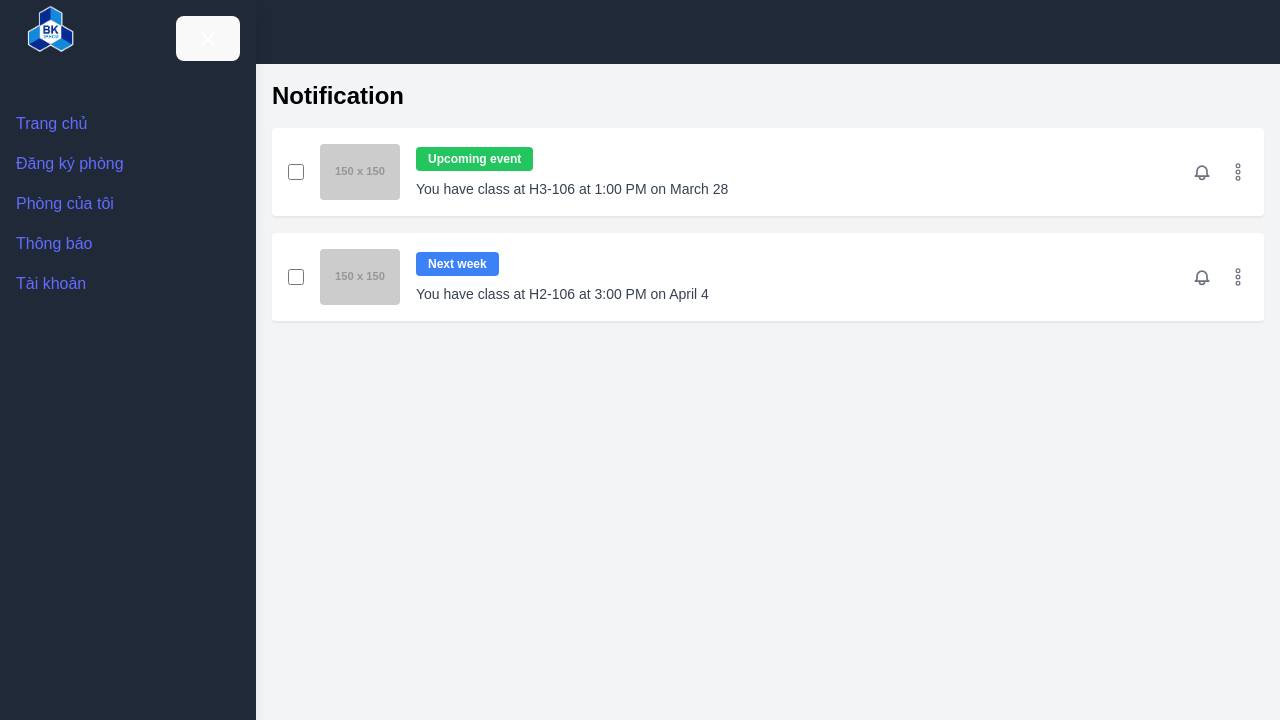
Repository: CNPM-S3MRS/frontend-web
Page: /notification
An editor plug-in stored every save of this project. The page is shown before and after a run of saves, followed by the edit.
The browser window is 1280 px wide. The pictures show the whole page.
The project was rebuilt for these pictures with package versions that can differ from the ones it lists, and the page was loaded fresh each time. Also part of the build but not shown: vite.config.js, src/pages/auth/Login.jsx.

Above is the page before, as saved 2025-04-09 02:36:59.

After the next 2 saves:
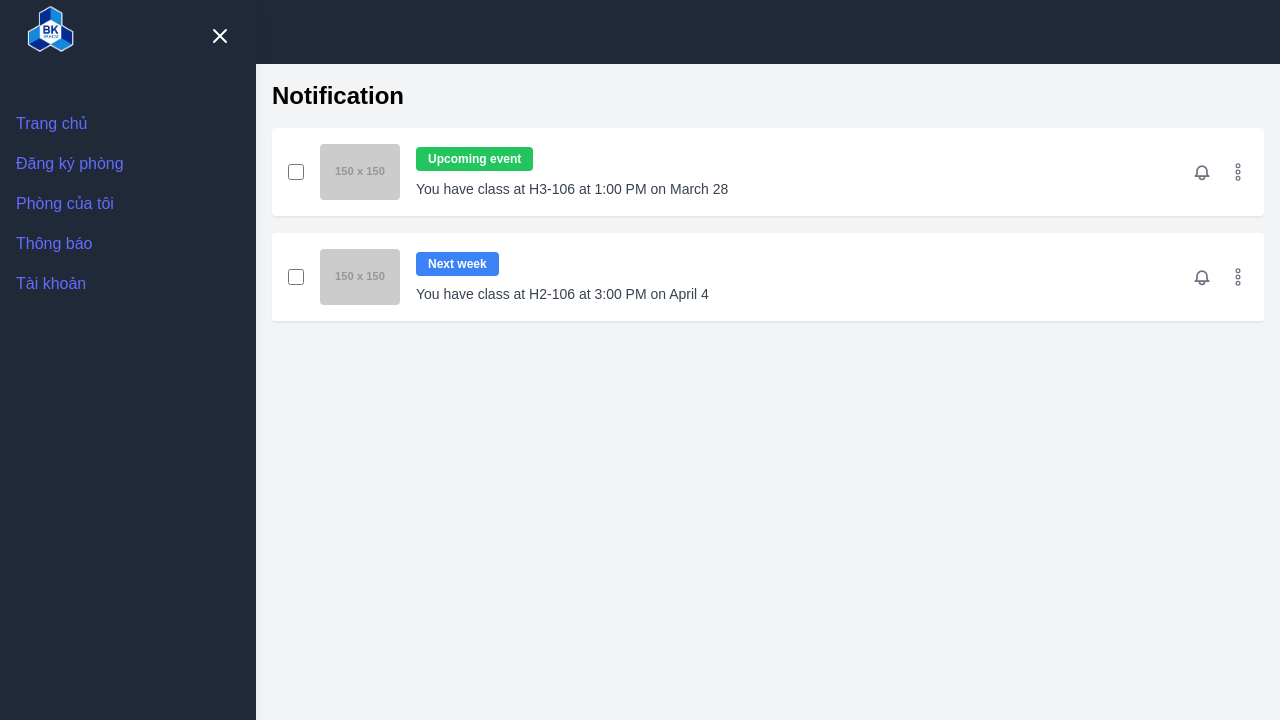
The 2 saves are shown as one change because they came seconds apart.
The last was saved 19 s later.
--- a/src/index.css
+++ b/src/index.css
@@ -40,29 +40,29 @@
   line-height: 1.1;
 }
 
-/* Header button styles */
-header button {
+.header-button {
   background: none;
   border: none;
   color: inherit;
   cursor: pointer;
-  padding: 0; /* Remove padding for header buttons */
+  padding: 0;
   display: inline-flex;
   align-items: center;
   justify-content: center;
 }
 
 /* Sidebar button styles */
-.sidebar button {
+.sidebar-button {
   background: none;
   border: none;
   color: inherit;
   cursor: pointer;
-  padding: 0.5rem; /* Add some padding for sidebar buttons */
+  padding: 0.5rem;
   display: inline-flex;
   align-items: center;
   justify-content: center;
 }
+
 button {
   border-radius: 8px;
   border: 1px solid transparent;
